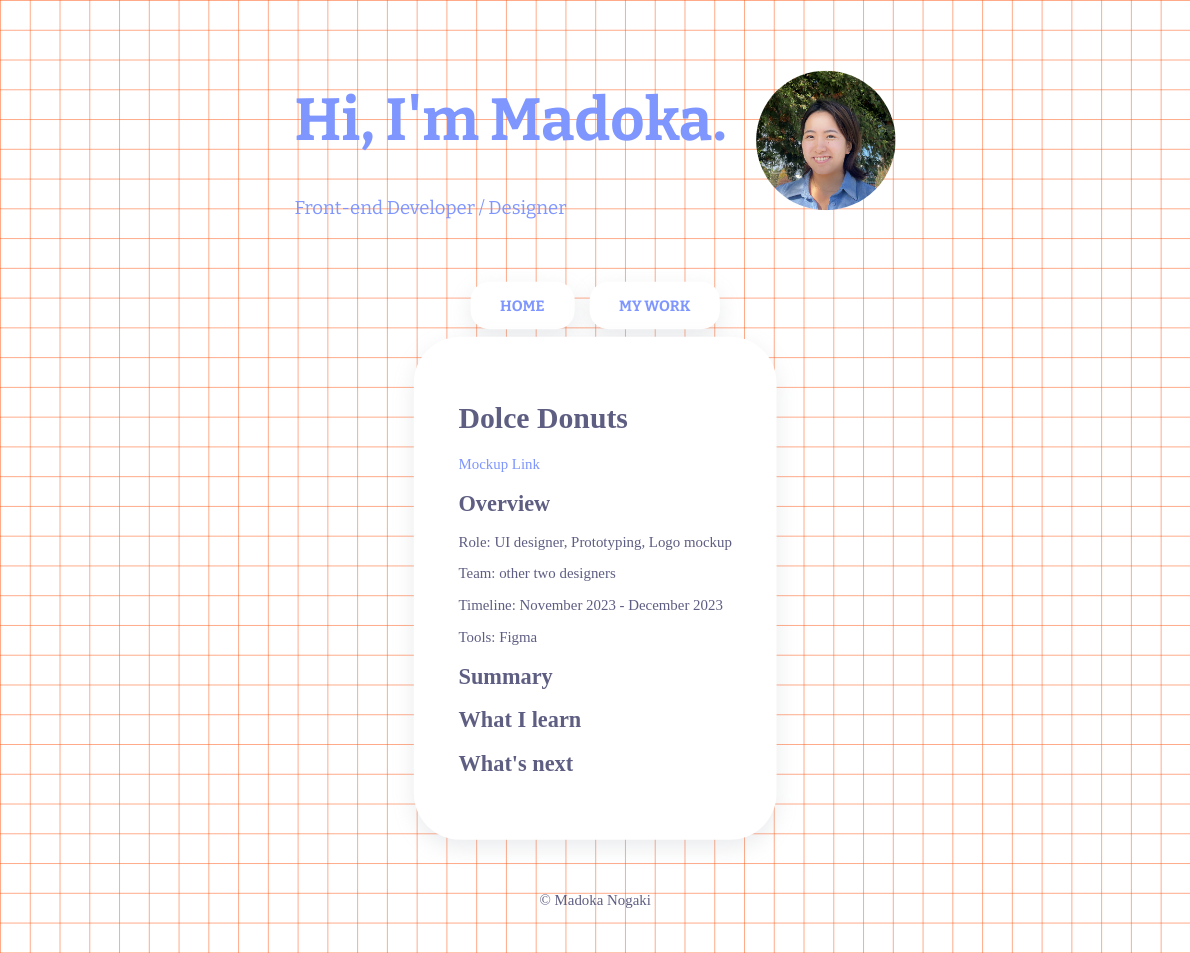
Repository: ohmaruko/portfolio
Page: /links/dolcedonuts
These files come from the project's save history. The page is drawn as it stood at one moment and after the next save; the edit follows.
The browser window is 1280 px wide. The pictures show the whole page, at 93% of full size.
The project was rebuilt for these pictures with package versions that can differ from the ones it lists, and the page was loaded fresh each time. The framework's server and built-in components were replaced by stand-ins that run in the browser. Also part of the build but not shown: next.config.mjs.

Above is the page before, as saved 2024-02-18 00:54:20.

After the next save:
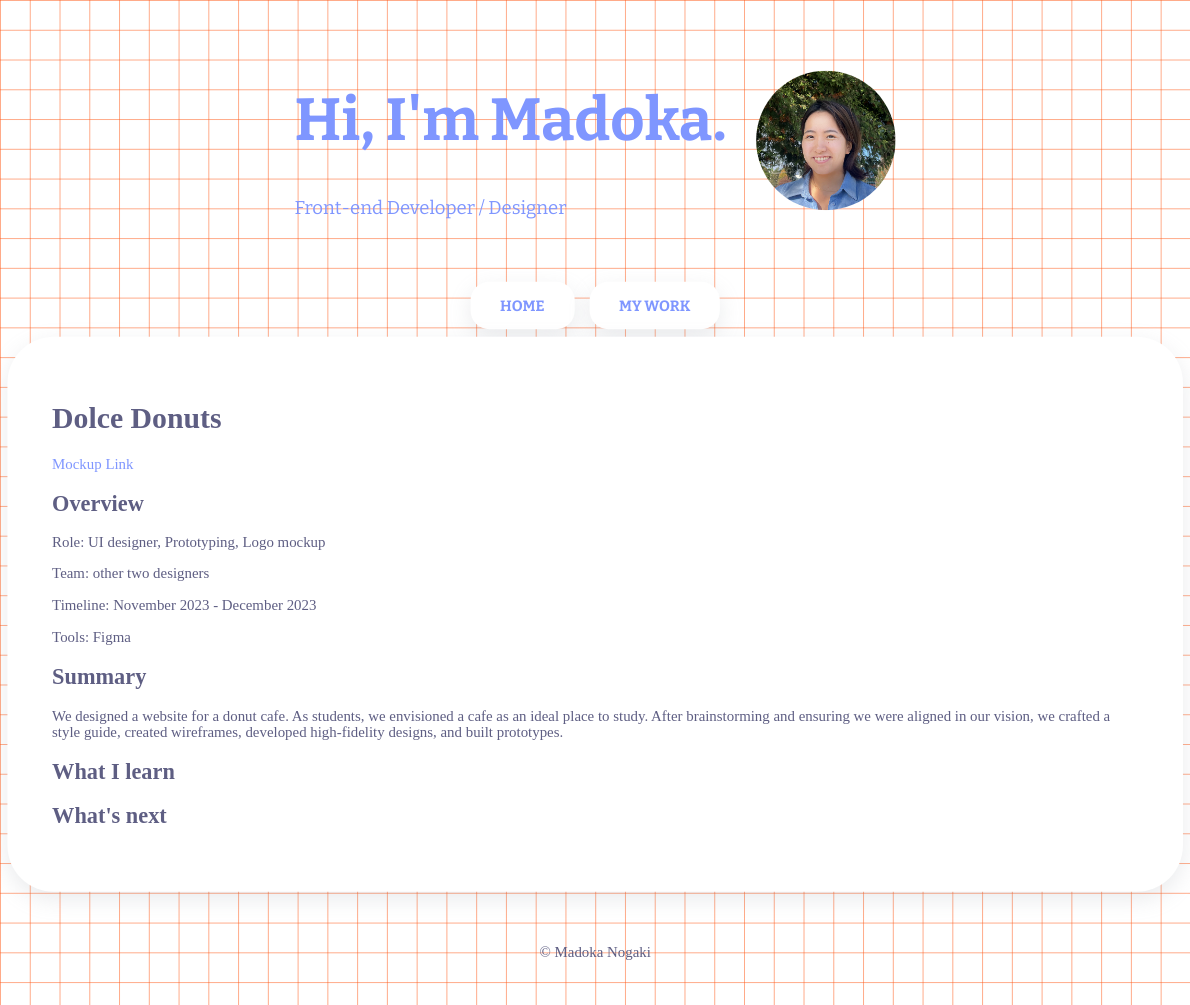
Saved 7 s later.
--- a/pages/links/dolcedonuts.js
+++ b/pages/links/dolcedonuts.js
@@ -32,7 +32,7 @@ export default function Works() {
               <p>Timeline: November 2023 - December 2023</p>
               <p>Tools: Figma</p>
               <h2>Summary</h2>
-              <p></p>
+              <p>We designed a website for a donut cafe. As students, we envisioned a cafe as an ideal place to study.  After brainstorming and ensuring we were aligned in our vision, we crafted a style guide, created wireframes, developed high-fidelity designs, and built prototypes.</p>
               <h2>What I learn</h2>
               <h2>What's next</h2>
             </div>
